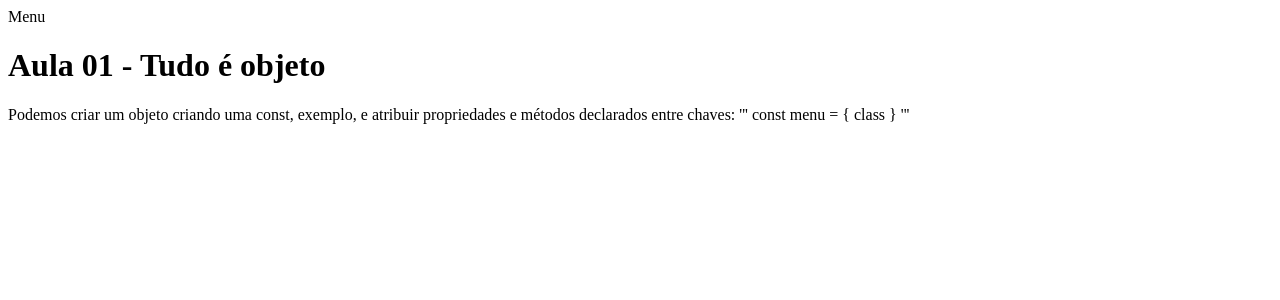
Repository: rvlyra/Js-Estudos-Aplicados
Page: Js - Estudos Aplicados/01-Tudo_e_objeto/index.html
The author's editor kept a copy of each file at every save. The page is drawn from the files as they stood at one save, then again after the next save.
The browser window is 1280 px wide. The pictures show the whole page.

Above is the page before, as saved 2022-07-05 20:15:33.

After the next save:
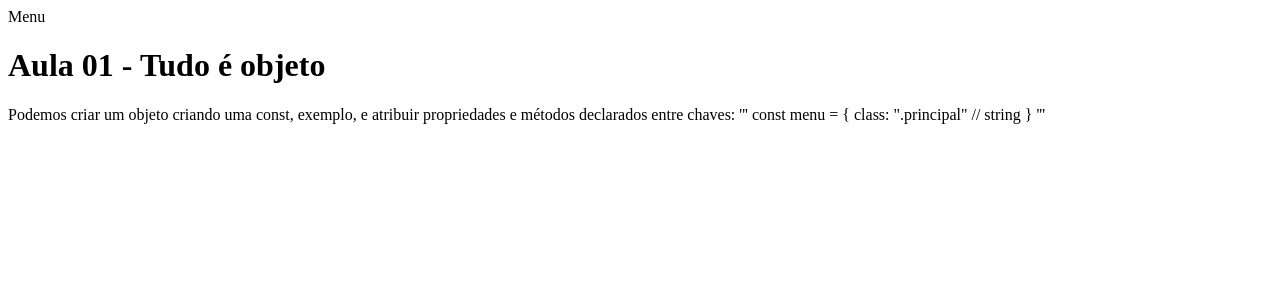
Saved 22 s later.
--- a/Js - Estudos Aplicados/01-Tudo_e_objeto/index.html
+++ b/Js - Estudos Aplicados/01-Tudo_e_objeto/index.html
@@ -15,7 +15,7 @@
 
         '''
         const menu = {
-            class
+            class:  ".principal" // string
         }
         '''
     </p>
